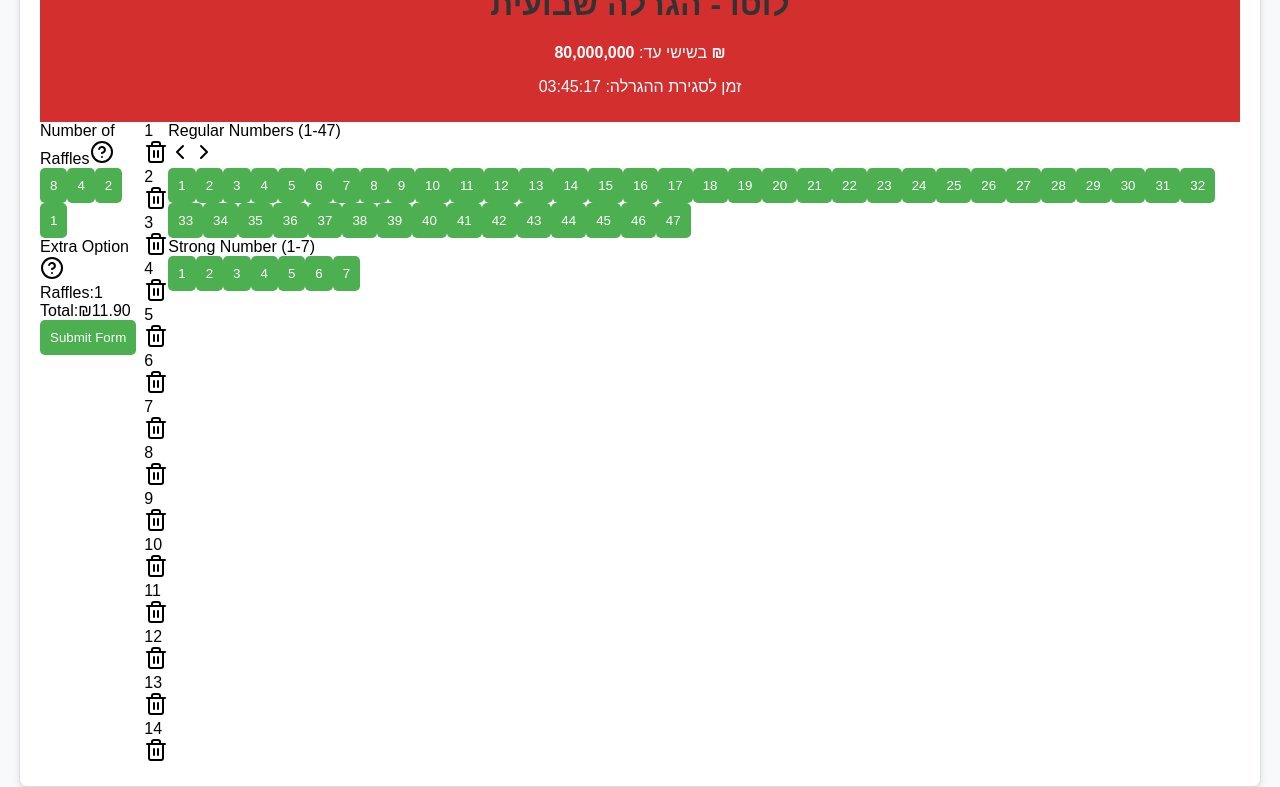
Repository: Giltih/LottoForm1
Page: /
The author's editor kept a copy of each file at every save. The page is drawn from the files as they stood at one save, then again after a run of saves.
The browser window is 1280 px wide. The pictures show the whole page.
The project was rebuilt for these pictures with package versions that can differ from the ones it lists, and the page was loaded fresh each time. Also part of the build but not shown: vite.config.ts.

Above is the page before, as saved 2025-02-09 21:46:55.

After the next 3 saves:
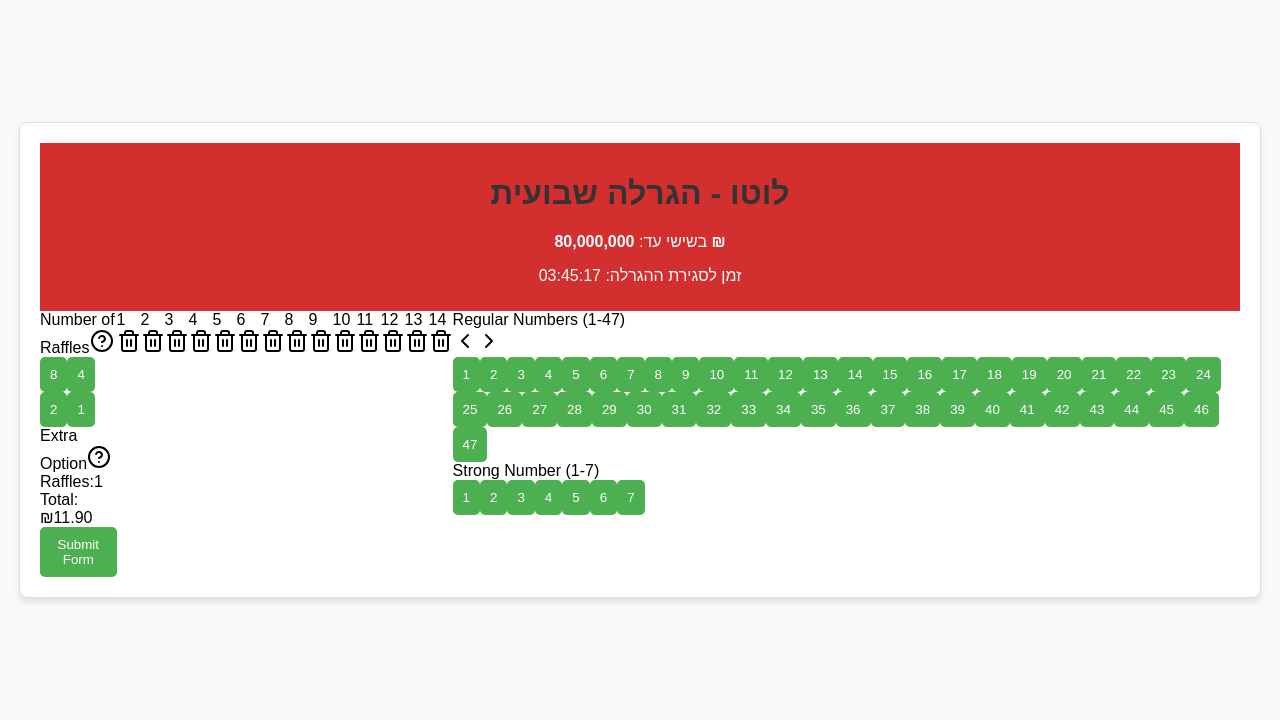
The 3 saves are shown as one change because they came seconds apart.
The last was saved 10 s later.
--- a/src/App.css
+++ b/src/App.css
@@ -29,7 +29,7 @@ body {
   margin: 0 10px;
 }
 .middle-section {
-  disp
+  display: flex;
 }
 
 button {
